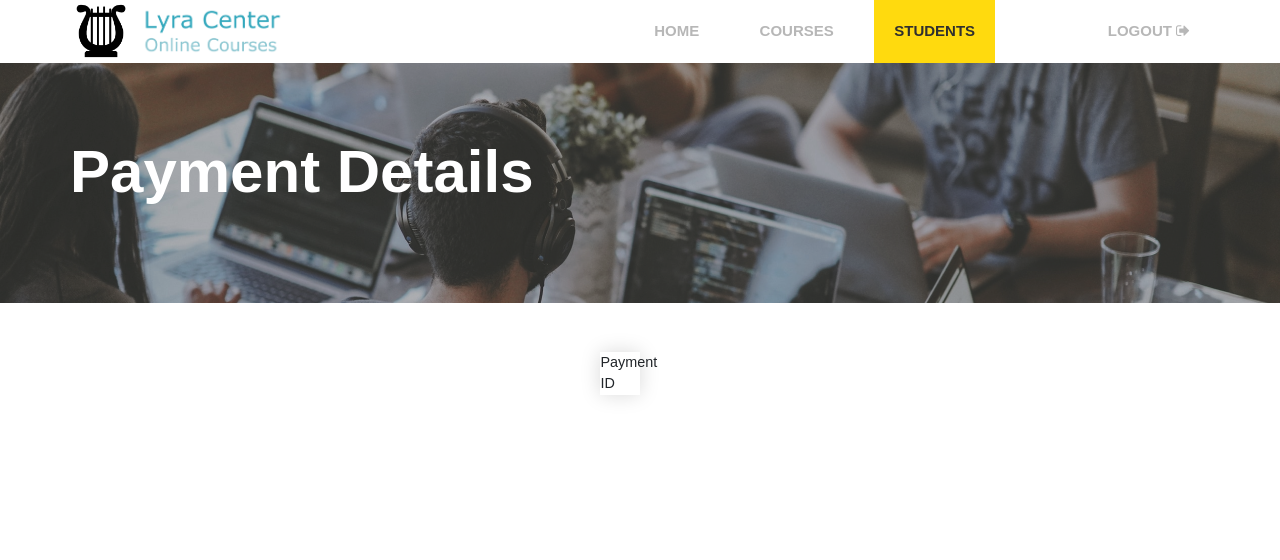
Repository: jersmaecrz/lyra-center
Page: http://localhost/aPayment.php
These files come from the project's save history. The page is drawn as it stood at one moment and after the next save; the edit follows.
The browser window is 1280 px wide. The pictures show the whole page.
Some web fonts or font styles are not loaded; a fallback is used. The page is run by PHP 8.4 with error messages shown; the project is at /var/www/html/.

Above is the page before, as saved 2022-12-04 15:59:21.

### aPayment.php
<?php
    include "admin-classes.php";
?>
<!DOCTYPE html>
<html lang="zxx">
<head>
    <link rel="icon" href="img/lyre.png">
    <meta charset="UTF-8">
    <meta name="description" content="Anime Template">
    <meta name="keywords" content="Anime, unica, creative, html">
    <meta name="viewport" content="width=device-width, initial-scale=1.0">
    <meta http-equiv="X-UA-Compatible" content="ie=edge">
    <title>Lyra | Payment Details</title>
    <link rel="stylesheet" href="css/admin-style.css" type="text/css">

    <!-- Google Font -->
    <link href="https://fonts.googleapis.com/css2?family=Mulish:wght@300;400;500;600;700;800;900&display=swap"
    rel="stylesheet">

    <link rel="preconnect" href="https://fonts.googleapis.com">
    <link rel="preconnect" href="https://fonts.gstatic.com" crossorigin>
    <link href="https://fonts.googleapis.com/css2?family=Open+Sans:wght@700&display=swap" rel="stylesheet">

    <!-- Css Styles -->
    <link rel="stylesheet" href="css/bootstrap.min.css" type="text/css">
    <link rel="stylesheet" href="css/font-awesome.min.css" type="text/css">
    <link rel="stylesheet" href="css/elegant-icons.css" type="text/css">
    <link rel="stylesheet" href="css/plyr.css" type="text/css">
    <link rel="stylesheet" href="css/nice-select.css" type="text/css">
    <link rel="stylesheet" href="css/owl.carousel.min.css" type="text/css">
    <link rel="stylesheet" href="css/slicknav.min.css" type="text/css">
    <link rel="stylesheet" href="css/style.css" type="text/css">
</head>

<body>
    <!-- Page Preloder -->
    <div id="preloder">
        <div class="loader"></div>
    </div>

    <!-- Header Section Begin -->
    <header class="header">
        <div class="container">
            <div class="row">
                <div class="col-lg-5">
                    <div class="header__logo">
                        <a href="./aHome.php">
                            <img src="img/lyre.png" alt="" width=62px>
                            <img src="img/lyra.png" alt="" width=150px>
                        </a>
                    </div>
                </div>
                <div class="col-lg-7">
                    <div class="header__nav">
                        <nav class="header__menu mobile-menu">
                            <ul>
                                <li ><a href="./aHome.php">HOME</a></li>
                                <li ><a href="./aCourses.php">COURSES</a></li>
                                <li class="active"><a href="./aStudents.php">STUDENTS</a></li>
                                <li class="right"><a href="./signup.html">LOGOUT <i class="fa fa-sign-out" aria-hidden="true"></i></a></li>
                            </ul>
                        </nav>
                    </div>
                </div>

            </div>
            <div id="mobile-menu-wrap"></div>
        </div>
    </header>
    <!-- Header End -->


    <!-- Normal Breadcrumb Begin -->
    <section class="pg pg-breadcrumb set-bg" data-setbg="img/banner.png">
        <div class="container">
            <div class="row">
                <div class="col-lg-8">
                    <div class="banner-text normal__breadcrumb__text">
                        <h2></i> Payment Details</h2>
                            <?php
                                if(isset($_GET['uname'])){
                                    echo "<div class='lemony'><a><span><b>";
                                    echo $_GET['uname'];
                                    echo "</b></span</a></div>";
                                }
                            ?>

                    </div>
                </div>
            </div>
        </div>

    </section>
    <!-- Normal Breadcrumb End -->
<br>

<!-- Dashboard -->
<div class="container">
    <div class="row">
        <div class="normal__breadcrumb__text" style="float:none;margin:auto;">
           <div class="styled-table"">
                <thead>
                    <th>
                        <th>Payment ID</th>
                    </th>
                </thead>
                <tbody>
            <?php
                $sPayment = new StudentPayment();
                if(isset($_GET['ecID'])){
                    $ecID = $_GET['ecID'];
                    $sPayment -> retrieveStudentPayments($pdo,$ecID);
                    $rows = $sPayment -> getPayments();
                    foreach($rows as $row){

                        echo " ".$row -> pytID."</h4>";
                    }
                }
            ?>
            <img src=""/>
           </div>
        </div>
    </div>
</div>
<br>
<br>
<br>
<br>
<br>

<!-- Footer Section Begin
<footer class="footer">
    <div class="page-up">
        <a href="#" class="scroll"><span class="arrow_carrot-up"></span></a>
    </div>
    <div class="container">
        <div class="row">
            <div class="col-lg-3">
                <div class="footer__logo">
                    <a href="./index.html">
                        <img src="img/mango manga.png" alt="" width=80px>
                        <img src="img/mm.png" alt="" width=110px>
                    </a>
                </div>
            </div>
            <div class="col-lg-6">
                <div class="footer__nav">
                    <ul>
                        <li class="active"><a href="./index.html">HOME</a></li>
                        <li ><a href="./courses.html">COURSES</a></li>
                        <li ><a href="./signup.html">STUDENTS</a></li>

                    </ul>
                </div>
            </div>

          </div>
      </div>
  </footer>
  <!-- Footer Section End -->


<!-- Js Plugins -->
<script src="js/jquery-3.3.1.min.js"></script>
<script src="js/bootstrap.min.js"></script>
<script src="js/player.js"></script>
<script src="js/jquery.nice-select.min.js"></script>
<script src="js/mixitup.min.js"></script>
<script src="js/jquery.slicknav.js"></script>
<script src="js/owl.carousel.min.js"></script>
<script src="js/main.js"></script>


</body>

</html>

### admin-classes.php
<?php
   require_once("config.php");
   class Dashboard {
        //Attributes
        public $name;
        public $courses;
        //Create setters
        function setStudents($students){
            $this -> students = $students;
        }
        function setCourses($courses){
            $this -> courses = $courses;
        }
        //Create getters
        function getStudents(){
            return $this -> students;
        }
        function getCourses(){
            return $this -> courses;
        }
        function countStudents($pdo){
            $type = "user";

            $query = "SELECT * FROM users WHERE `user_type` = ?" ;
            $stmt = $pdo-> prepare($query);
            $stmt -> execute([$type]);
            $rows = $stmt -> fetchAll();
            $rowCount = $stmt->rowCount();
            $this -> setStudents($rowCount);
        }
        function countCourses($pdo){
            $query = "SELECT * FROM courses";
            $stmt = $pdo-> prepare($query);
            $stmt -> execute();
            $rows = $stmt -> fetchAll();
            $rowCount = $stmt->rowCount();
            $this -> setCourses($rowCount);
        }
    }
    class Students {
        //Attributes
        public $students;
        //Create setter
        function setStudents($students){
            $this -> students = $students;
        }
        //Create getter
        function getStudents(){
            return $this -> students;
        }
        function retrieveStudents($pdo){
            $type = "user";
            $query = "SELECT * FROM users WHERE `user_type` = ?";
            $stmt = $pdo-> prepare($query);
            $stmt -> execute([$type]);
            $rows = $stmt -> fetchAll();
            $this -> setStudents($rows);
        }
    }
    class StudentCourse {
        //Attributes
        public $studentUsername;
        public $courses;
        public $status;
        //Create setter
        function setStudentUsername($studentUsername){
            $this -> studentUsername = $studentUsername;
        }
        function setCourses($courses){
            $this -> courses = $courses;
        }
        //Create getter
        function getStudentUsername(){
            return $this -> studentUsername;
        }
        function getCourses(){
            return $this -> courses;
        }
        function retrieveStudentCourses($pdo){
            $id = $this-> getStudentUsername();
            $query = "SELECT * FROM `enrolled courses` JOIN `courses` WHERE `sUsername` = ?";
            $stmt = $pdo-> prepare($query);
            $stmt -> execute([$id]);
            $rows = $stmt -> fetchAll();
            $this -> setCourses($rows);
        }
        function updateEnrollmentStatus($pdo, $ecID, $status){
            $query = "UPDATE `enrolled courses` SET `ecStatus` = ? WHERE `ecID` = ?";
            $stmt = $pdo-> prepare($query);
            $stmt -> execute([$status,$ecID]);
            echo "Successfully Updated.";
            echo "<script>
                window.location.replace('aEnrolledCourses.php?uname=".filter_var($_GET['uname'])."');
            </script>";

        }
    }
    class StudentPayment {
        //Attributes
        public $payments;
        //Create setter
        function setPayments($payments){
            $this -> payments = $payments;
        }
        //Create getter
        function getPayments(){
            return $this -> payments;
        }
        function retrieveStudentPayments($pdo, $ecID){
            $query = "SELECT * FROM `payment` WHERE `ecID` = ?";
            $stmt = $pdo-> prepare($query);
            $stmt -> execute([$ecID]);
            $rows = $stmt -> fetchAll();
            $this -> setPayments($rows);
        }
    }
?>

### config.php
<?php
    $host = "remotemysql.com";
    $user = "NsqxjSUDbx";
    $password = "wLgUwnheJo";
    $dbName = "NsqxjSUDbx" ;
    //Connect to database using PDO
    try {
        $dsn ="mysql:host=$host;dbname=$dbName";
        $pdo = new PDO($dsn,$user, $password);
        //Check the connection
        $pdo->setAttribute(PDO::ATTR_DEFAULT_FETCH_MODE,PDO::FETCH_OBJ);
        $pdo->setAttribute(PDO::ATTR_ERRMODE,PDO::ERRMODE_EXCEPTION);
    } catch(PDOException $e) {
        echo "Unable to Connect to DB: ". $e->getMessage();
    }
?>

### css/admin-style.css

/*			HOME PAGE 			*/
.right {
    float: right;
}
.scroll {
    margin-left: -50px;
    margin-top: -50px;
}
.main-section{
	width:80%;
	margin:0 auto;
	text-align: center;
	padding: 0px 5px;
}
.dashboard{
	width:32%;
	display: inline-block;
	margin-top: 50px;
}
.icon-section i{
	font-size: 30px;
	padding:10px;
	border:1px solid #34495E;
	margin-bottom: 10px;
    margin: 5%;
	background-color:#fff;
    border-radius: 50%;
}
.icon-section h3{
	font-size: 20px;
    color: #fff;
	font-family: "Mulish", sans-serif;
}
.icon-section p{
	margin:0px;
	font-size: 20px;
	padding-bottom: 10px;
	font-family: "Mulish", sans-serif;
}
.icon {
    color: #023047;
}
.blueDash {
    background-color:#34495E;
}
.yellowDash {
    background-color:#c9e6f3;
}
.yellowDash h3, .yellowDash p{
	color: #34495E;
}
.blueDash p, .blueDash h3{
	color:#fff;
}
.pg-breadcrumb {
	height: 240px;
	display: -webkit-box;
	display: -ms-flexbox;
	display: flex;
	-webkit-box-align: center;
	-ms-flex-align: center;
	align-items: center;
	-webkit-box-pack: center;
	-ms-flex-pack: center;
	justify-content: center;
}
/*			STUDENTS PAGE 			*/
.styled-table {
    border-collapse: collapse;
    margin: 25px 0;
    font-size: 0.9em;
    font-family: sans-serif;
    box-shadow: 0 0 20px rgba(0, 0, 0, 0.15);
	font-family: "Mulish", sans-serif;
	width: 50%;

}
.styled-table thead tr {
	background-color: #c9e6f3;
	/*background-color: #FFDA0E;*/
    color: #023047;
    text-align: left;
}
.styled-table th,
.styled-table td {
    padding: 12px 15px;
	white-space: nowrap;
}
.styled-table tbody tr {
    border-bottom: 1px solid #dddddd;
}

.styled-table tbody tr:nth-of-type(even) {
    background-color: #f3f3f3;
}

.styled-table tbody tr:last-of-type {
    border-bottom: 2px solid #4ACBCB;
}
.styled-table tbody tr.active-row {
    font-weight: bold;
    color: #34495E;
}
.ico {
	font-size: 24px;
	margin-left: 50px;
	align-content: center;
	color: #4ACBCB;
	align-items: center;
}
/*			STUDENT'S ENROLLED COURSES PAGE 			*/
.banner-text {
	font-size: 50px !important;
}
.save-button {
	color: #f3f3f3;
	background: #023047;
	border-radius: 5px;
	margin: 5px;
}
.btnLink {
	padding: 5px;
}
/*			STUDENT'S PAYMENT PAGE 			*/

Loaded but not shown: css/bootstrap.min.css (library); css/font-awesome.min.css (library); css/plyr.css (library); css/nice-select.css (common file); css/owl.carousel.min.css (library); css/slicknav.min.css (common file); js/jquery-3.3.1.min.js (library); js/bootstrap.min.js (library); js/player.js (library); js/jquery.nice-select.min.js (common file); js/mixitup.min.js (library); js/jquery.slicknav.js (library); js/owl.carousel.min.js (library); js/main.js (101 lines, source omitted); css/elegant-icons.css (1157 lines, source omitted); css/style.css (1159 lines, source omitted)

After the next save:
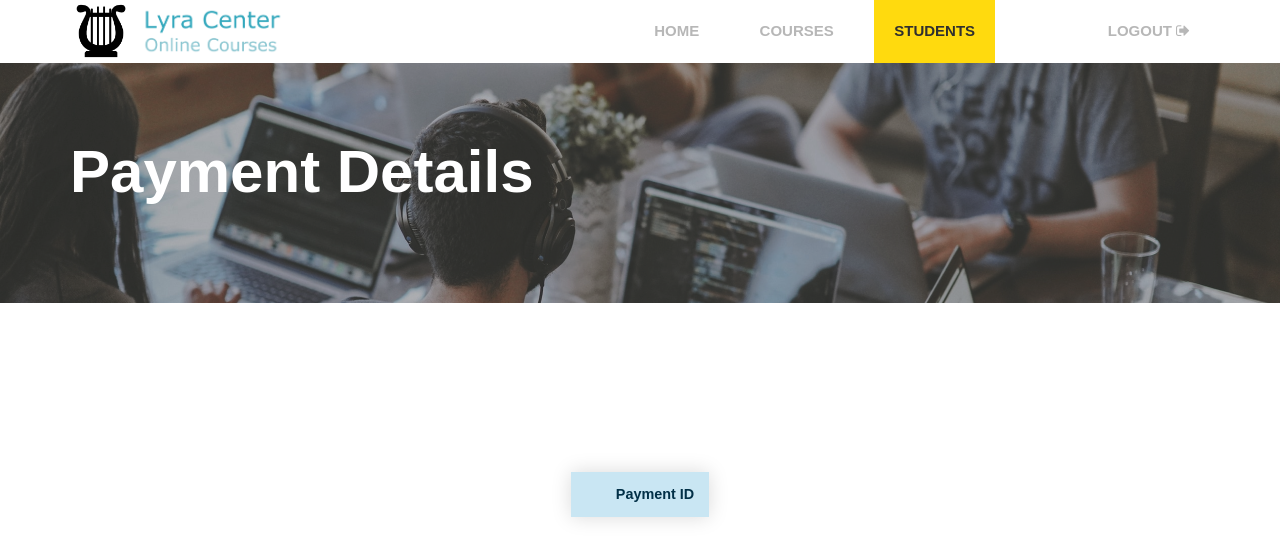
Saved 15 s later.
--- a/aPayment.php
+++ b/aPayment.php
@@ -98,7 +98,7 @@
 <div class="container">
     <div class="row">
         <div class="normal__breadcrumb__text" style="float:none;margin:auto;">
-           <div class="styled-table"">
+           <table class="styled-table"">
                 <thead>
                     <th>
                         <th>Payment ID</th>
